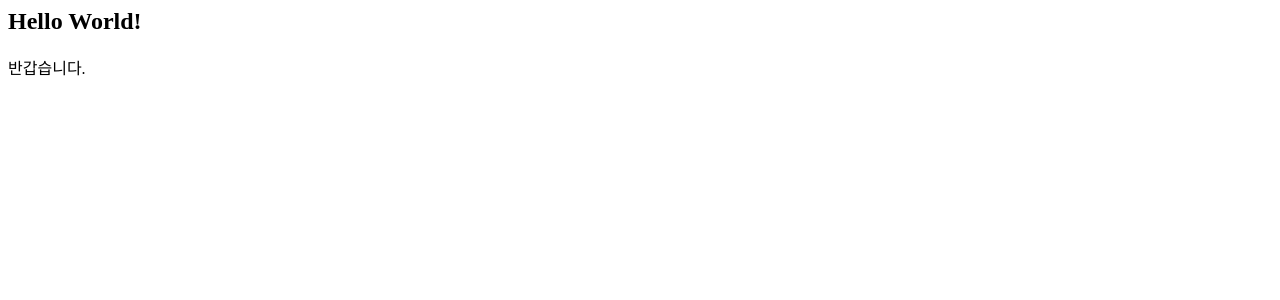
Repository: hjh705/web_server_workspace
Page: http://localhost/hello-web/
An editor plug-in stored every save of this project. The page is shown before and after the next save, followed by the edit.
The browser window is 1280 px wide. The pictures show the whole page.
The page is served by Tomcat 9. Other server files are loaded and not shown.

Above is the page before, as saved 2023-12-06 03:52:02.

### hello-web/src/main/webapp/index.jsp
<%@ page language="java" contentType="text/html; charset=UTF-8"
            pageEncoding="UTF-8" %>
<html>
<body>
<h2>Hello World!</h2>
	<p>반갑습니다.</p>
</body>
</html>

After the next save:
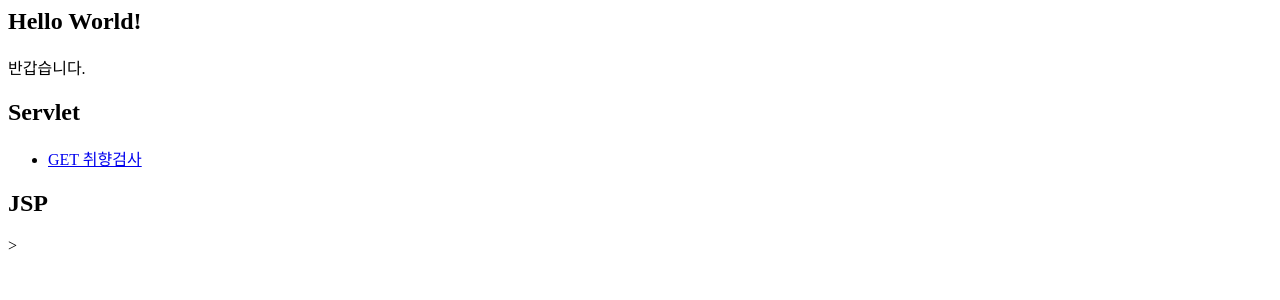
Saved 2 s later.
--- a/hello-web/src/main/webapp/index.jsp
+++ b/hello-web/src/main/webapp/index.jsp
@@ -1,8 +1,23 @@
 <%@ page language="java" contentType="text/html; charset=UTF-8"
             pageEncoding="UTF-8" %>
 <html>
+<head>
+	<meta charset="utf-8">
+	<title>Hello Wed</title>
+</head>
 <body>
 <h2>Hello World!</h2>
 	<p>반갑습니다.</p>
+
+	<h2>Servlet</h2>
+
+	<ul>
+		<li>
+			<!-- 서버 절대주소 요청시 /hello-web context-path(앱이름)를 반드시 포함해야 한다 -->
+			<a href="/hello-web/servlet/01_testPerson.html">GET 취향검사</a>
+		</li>
+	</ul>
+
+	<h2>JSP</h2>>
 </body>
 </html>
